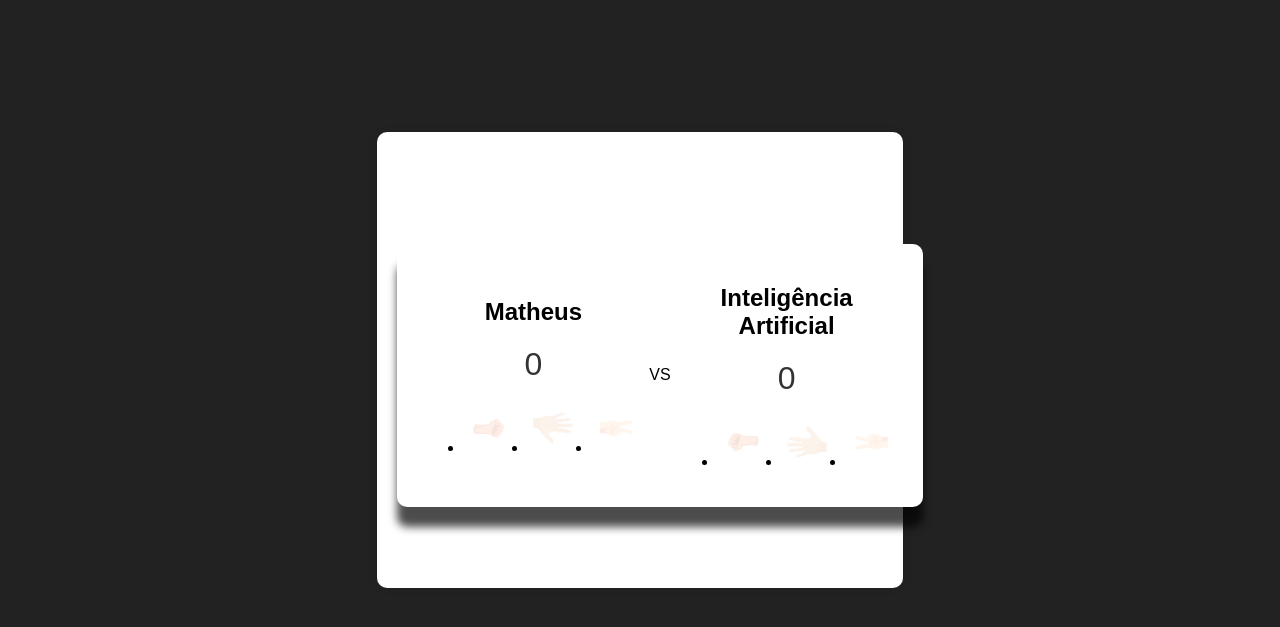
Repository: Matheus904-12/Pedra-Papel
Page: index.html
These files come from the project's save history. The page is drawn as it stood at one moment and after the next save; the edit follows.
The browser window is 1280 px wide. The pictures show the whole page.

Above is the page before, as saved 2023-08-28 22:17:42.

### index.html
<!DOCTYPE html>
<html lang="en">
<head>
    <meta charset="UTF-8">
    <meta name="viewport" content="width=device-width, initial-scale=1.0">
    <title>Pedra, Papel e Tesoura</title>
    <link rel="stylesheet" href="style.css">
    <script src="script.js"></script>
</head>
<body>
    <center>
    <div class="box">
        <div class="container">
            <h1 id="titulo">Pedra, Papel e Tesoura</h1>
            <div class="placar" id="placar">
                <div class="jogador">
                    <h2 id="jogadorNome">Matheus</h2>
                    <p id="jogadorPontos">0</p>
                    <ul class="escolhas" id="jogadorEscolha">
                        <li>
                            <a id="jogadorEscolha1" class="escolha" onclick="jogar(1)">
                                <img src="img/1-removebg-preview.png" alt="">
                            </a>
                        </li>
                        <li>
                            <a id="jogadorEscolha2" class="escolha" onclick="jogar(2)">
                                <img src="img/2-removebg-preview.png" alt="">
                            </a>
                        </li>
                        <li>
                            <a id="jogadorEscolha3" class="escolha" onclick="jogar(3)">
                                <img src="img/3-removebg-preview.png" alt="">
                            </a>
                        </li>
                    </ul>
                </div>
                <div id="versus">VS</div>
                <div class="computador">
                    <h2 id="computadorNome">Inteligência Artificial</h2>
                    <p id="computadorPontos">0</p>
                    <ul class="escolhas" id="computadorEscolha">
                        <li>
                            <a id="computadorEscolha1" class="escolha">
                                <img src="img2/1.png" alt="">
                            </a>
                        </li>
                        <li>
                            <a id="computadorEscolha2" class="escolha">
                                <img src="img2/2.png" alt="">
                            </a>
                        </li>
                        <li>
                            <a id="computadorEscolha3" class="escolha">
                                <img src="img2/3.png" alt="">
                            </a>
                        </li>
                    </ul>
                </div>
            </div>
            <div class="mensagem"><p id="mensagem"class="result-message">&nbsp;</p>
    </div>
</center>
</body>
</html>

### style.css
/* Estilos para as escolhas do jogador e do computador */
ul#jogadorEscolha li a,
ul#computadorEscolha li a {
    opacity: 0.2;
    transition: ease-in-out 0.3s;
}

ul#jogadorEscolha li a:hover,
ul#jogadorEscolha li a.selecionado,
ul#computadorEscolha li a.selecionado {
    opacity: 1;
}

/* Estilos gerais */
body {
    font-family: 'Arial', sans-serif;
    background-color: #222;
    margin: 0;
    padding: 0;
    transition: background-color 0.5s ease;
    display: flex;
    align-items: center;
    justify-content: center;
    min-height: 100vh;
}

/* Estilo do container principal */
.box {
    display: flex;
    flex-direction: column;
    align-items: center;
    justify-content: center;
    background-color: #fff;
    box-shadow: 0 0 10px rgba(0, 0, 0, 0.1);
    border-radius: 10px;
    padding: 20px;
    margin: 20px;
}

/* Estilo do título */
#titulo {
    font-size: 2.5rem;
    color: #fff;
    margin-bottom: 20px;
}

/* Estilo do placar */
.placar {
    display: flex;
    align-items: center;
    justify-content: space-between;
    padding: 20px;
    background-color: #fff;
    border-radius: 10px;
    box-shadow: 0 20px 8px rgba(0, 0, 0, 0.7);
    width: 100%;
    max-width: 600px;
    margin-top: 20px;
}

.jogador,
.computador {
    width: 50%;
}

.jogador p,
.computador p {
    font-size: 2rem;
    color: #333;
    margin: 0;
}

.escolhas {
    display: flex;
    justify-content: space-around;
    margin-top: 20px;
}

.escolhas img {
    max-width: 50px;
    cursor: pointer;
    transition: transform 0.3s ease;
}

.escolhas img:hover {
    transform: scale(1.1);
}

/* Estilo do resultado/mensagem */
.result-message {
    font-size: 1.2rem;
    margin-top: 20px;
    color: #fff;
}

.result-message.vitoria {
    color: #4CAF50;
}

.result-message.derrota {
    color: #FF5733;
}

.result-message.empate {
    color: #FFC300;
}

/* Estilo do botão reiniciar */
.reiniciar-jogo {
    background-color: #3498db;
    border: none;
    color: white;
    padding: 10px 20px;
    text-align: center;
    text-decoration: none;
    display: inline-block;
    font-size: 16px;
    border-radius: 5px;
    cursor: pointer;
    transition: background-color 0.3s ease;
    margin-top: 20px;
}

.reiniciar-jogo:hover {
    background-color: #2980b9;
}

/* Estilo do histórico */
.historico {
    text-align: center;
    margin-top: 20px;
}

.historico-toggle {
    background-color: #333;
    border: none;
    color: white;
    padding: 5px 10px;
    font-size: 14px;
    border-radius: 5px;
    cursor: pointer;
    transition: background-color 0.3s ease;
}

.historico-toggle:hover {
    background-color: #222;
}

.historico-list {
    list-style: none;
    padding: 0;
    display: none;
    text-align: left;
}

.historico-list li {
    font-size: 14px;
    margin-bottom: 5px;
    color: #fff;
}

### script.js
let jogadorEscolha = 0;
let jogadorPontos = 0;
let computadorEscolha = 0;
let computadorPontos = 0;
let ganhador = -1;
let historico = [];

function jogar(escolha){
    jogadorEscolha = escolha;
    computadorEscolha = Math.floor(Math.random() * 3) + 1;


/*PEDRA = 1
  PAPEL = 2
  TESOURA = 3
*/

if (jogadorEscolha == 1 && computadorEscolha == 1) {
    ganhador = 0;
    //*PEDRA = PEDRA*//
} else if (jogadorEscolha == 1 && computadorEscolha == 2) {
    ganhador = 2;
    //PEDRA E PAPEL = PAPEL//
} else if (jogadorEscolha == 1 && computadorEscolha == 3) {
    ganhador = 1;
    //PEDRA E TESOURA = PEDRA//
} else if (jogadorEscolha == 2 && computadorEscolha == 1) {
    ganhador = 1;
    //PAPEL E PEDRA = PEDRA
} else if (jogadorEscolha == 2 && computadorEscolha == 2) {
    ganhador =  0;
    //PAPEL E PAPEL = NADA
} else if (jogadorEscolha == 2 && computadorEscolha == 3) {
    ganhador = 2;
    //PAPEL E TESOURA = TESOURA
} else if (jogadorEscolha == 3 && computadorEscolha == 1) {
    ganhador = 2;
    //TESOURA E PEDRA = PEDRA
} else if (jogadorEscolha == 3 && computadorEscolha == 2) {
    ganhador = 1;
    //TESOURA E PAPEL = TESOURA
} else if (jogadorEscolha == 3 && computadorEscolha == 3) {
    ganhador = 0;
    //TESOURA E TESOURA = EMPATE
}


document.getElementById('jogadorEscolha1').classList.remove('selecionado');
document.getElementById('jogadorEscolha2').classList.remove('selecionado');
document.getElementById('jogadorEscolha3').classList.remove('selecionado');
document.getElementById('computadorEscolha1').classList.remove('selecionado');
document.getElementById('computadorEscolha2').classList.remove('selecionado');
document.getElementById('computadorEscolha3').classList.remove('selecionado');



document.getElementById('jogadorEscolha'+jogadorEscolha).classList.add('selecionado');
document.getElementById('computadorEscolha'+computadorEscolha).classList.add('selecionado');


/*
EMPATE = 0;
JOGADOR = 1;
COMPUTADOR = 2;
*/


// Atualizar placar
if (ganhador === 1) {
    jogadorPontos++;
} else if (ganhador === 2) {
    computadorPontos++;
}

document.getElementById('jogadorPontos').textContent = jogadorPontos;
document.getElementById('computadorPontos').textContent = computadorPontos;


// Mensagem do resultado
let mensagem = '';
if (ganhador === 1) {
    mensagem = 'Você venceu!';
} else if (ganhador === 2) {
    mensagem = 'Você perdeu!';
} else {
    mensagem = 'Empate!';
}

// Adicionar ao histórico
historico.push({
    jogador: jogadorEscolha,
    computador: computadorEscolha,
    resultado: ganhador
});

// Atualizar elementos na página
document.getElementById('jogadorPontos').textContent = jogadorPontos;
document.getElementById('computadorPontos').textContent = computadorPontos;
document.querySelector('.result-message').textContent = mensagem;
document.querySelector('.result-message').className = `result-message ${ganhadorClass}`;

// Exibir histórico
mostrarHistorico();

// Adicionar classe de estilo à mensagem
let mensagemElement = document.getElementById('mensagem');
mensagemElement.classList.remove('vitoria', 'derrota', 'empate');
if (ganhador === 1) {
    mensagemElement.classList.add('vitoria');
} else if (ganhador === 2) {
    mensagemElement.classList.add('derrota');
} else {
    mensagemElement.classList.add('empate');
}
}

function mostrarHistorico() {
let historicoList = document.getElementById('historico-list');
historicoList.innerHTML = '';

for (let i = 0; i < historico.length; i++) {
    let item = historico[i];
    let resultado = '';
    if (item.resultado === 1) {
        resultado = 'Vitória';
    } else if (item.resultado === 2) {
        resultado = 'Derrota';
    } else {
        resultado = 'Empate';
    }

    let listItem = document.createElement('li');
    listItem.textContent = `Jogador: ${item.jogador} | Computador: ${item.computador} | Resultado: ${resultado}`;
    historicoList.appendChild(listItem);
}


document.getElementById('historico-toggle').addEventListener('click', function() {
    const historicoList = document.querySelector('.historico-list');
    historicoList.style.display = historicoList.style.display === 'none' ? 'block' : 'none';
    this.textContent = historicoList.style.display === 'none' ? 'Ver Histórico' : 'Esconder Histórico';
});

// Mensagem do resultado
let mensagem = '';
if (ganhador === 1) {
    mensagem = 'Você venceu!';
} else if (ganhador === 2) {
    mensagem = 'Você perdeu!';
} else {
    mensagem = 'Empate!';
}

// Adicionar ao histórico
historico.push({
    jogador: jogadorEscolha,
    computador: computadorEscolha,
    resultado: ganhador
});


// Atualizar elementos na página
document.getElementById('jogadorPontos').textContent = jogadorPontos;
document.getElementById('computadorPontos').textContent = computadorPontos;
document.querySelector('.result-message').textContent = mensagem;
document.querySelector('.result-message').className = `result-message ${ganhadorClass}`;


 // Adicionar classe de estilo à mensagem
let mensagemElement = document.querySelector('.mensagem');
mensagemElement.classList.remove('vitoria', 'derrota', 'empate');
if (ganhador === 1) {
    mensagemElement.classList.add('vitoria');
} else if (ganhador === 2) {
    mensagemElement.classList.add('derrota');
} else {
    mensagemElement.classList.add('empate');
}

// Atualizar estilo da página com base no resultado
document.querySelector('.box').className = `box ${ganhadorClass}`;




// Atualizar cor de fundo com base no resultado
if (ganhador === 1) {
    document.body.style.backgroundColor = '#4CAF50'; // Verde
} else if (ganhador === 2) {
    document.body.style.backgroundColor = '#FF5733'; // Vermelho
} else {
    document.body.style.backgroundColor = '#FFC300'; // Amarelo
}


// Selecionar escolha do jogador
document.getElementById(`jogadorEscolha${jogadorEscolha}`).classList.add('selecionado');


// Atualizar escolhas do jogador
document.getElementById(`jogadorEscolha${jogadorEscolha}`).classList.add('selecionado');
document.getElementById(`computadorEscolha${computadorEscolha}`).classList.add('selecionado');

// Atualizar estilo da página com base no resultado
document.querySelector('.box').className = `box ${ganhadorClass}`;

// Função para reiniciar o jogo
function reiniciarJogo() {
    jogadorPontos = 0;
    computadorPontos = 0;
    historico = [];
    limparEscolhas();
    atualizarPlacar();
    limparMensagem();
    mostrarHistorico();
    resetarEstiloPagina();
}

// Limpar escolhas selecionadas
function limparEscolhas() {
    document.querySelectorAll('.escolha').forEach(element => {
        element.classList.remove('selecionado');
    });
}

// Atualizar placar
function atualizarPlacar() {
    document.getElementById('jogadorPontos').textContent = jogadorPontos;
    document.getElementById('computadorPontos').textContent = computadorPontos;
}

// Limpar mensagem do resultado
function limparMensagem() {
    document.querySelector('.result-message').textContent = '';
    document.querySelector('.mensagem').className = 'mensagem';
}

// Resetar estilo da página
function resetarEstiloPagina() {
    document.querySelector('.box').className = 'box';
}

// Botão de reiniciar o jogo
document.getElementById('reiniciar-jogo').addEventListener('click', function() {
    reiniciarJogo();
});


// Função para reiniciar o jogo
function reiniciarJogo() {
    jogadorPontos = 0;
    computadorPontos = 0;
    historico = [];
    limparEscolhas();
    atualizarPlacar();
    limparMensagem();
    mostrarHistorico();
    resetarEstiloPagina();
}

// Limpar escolhas selecionadas
function limparEscolhas() {
    document.querySelectorAll('.escolha').forEach(element => {
        element.classList.remove('selecionado');
    });
}

// Atualizar placar
function atualizarPlacar() {
    document.getElementById('jogadorPontos').textContent = jogadorPontos;
    document.getElementById('computadorPontos').textContent = computadorPontos;
}

// Limpar mensagem do resultado
function limparMensagem() {
    document.querySelector('.result-message').textContent = '';
    document.querySelector('.mensagem').className = 'mensagem';
}

// Resetar estilo da página
function resetarEstiloPagina() {
    document.querySelector('.box').className = 'box';
}

// Botão de reiniciar o jogo
document.getElementById('reiniciar-jogo').addEventListener('click', function() {
    reiniciarJogo();
});


}

After the next save:
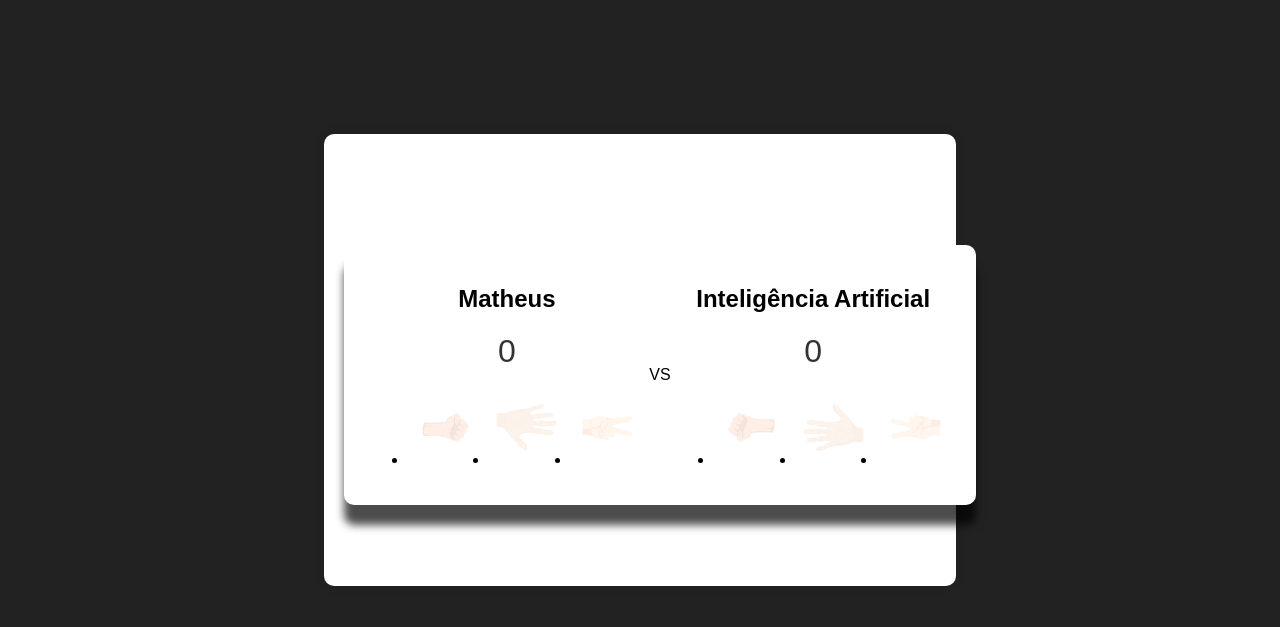
Saved 7 s later.
--- a/style.css
+++ b/style.css
@@ -77,7 +77,7 @@ body {
 }
 
 .escolhas img {
-    max-width: 50px;
+    max-width: 75px;
     cursor: pointer;
     transition: transform 0.3s ease;
 }
